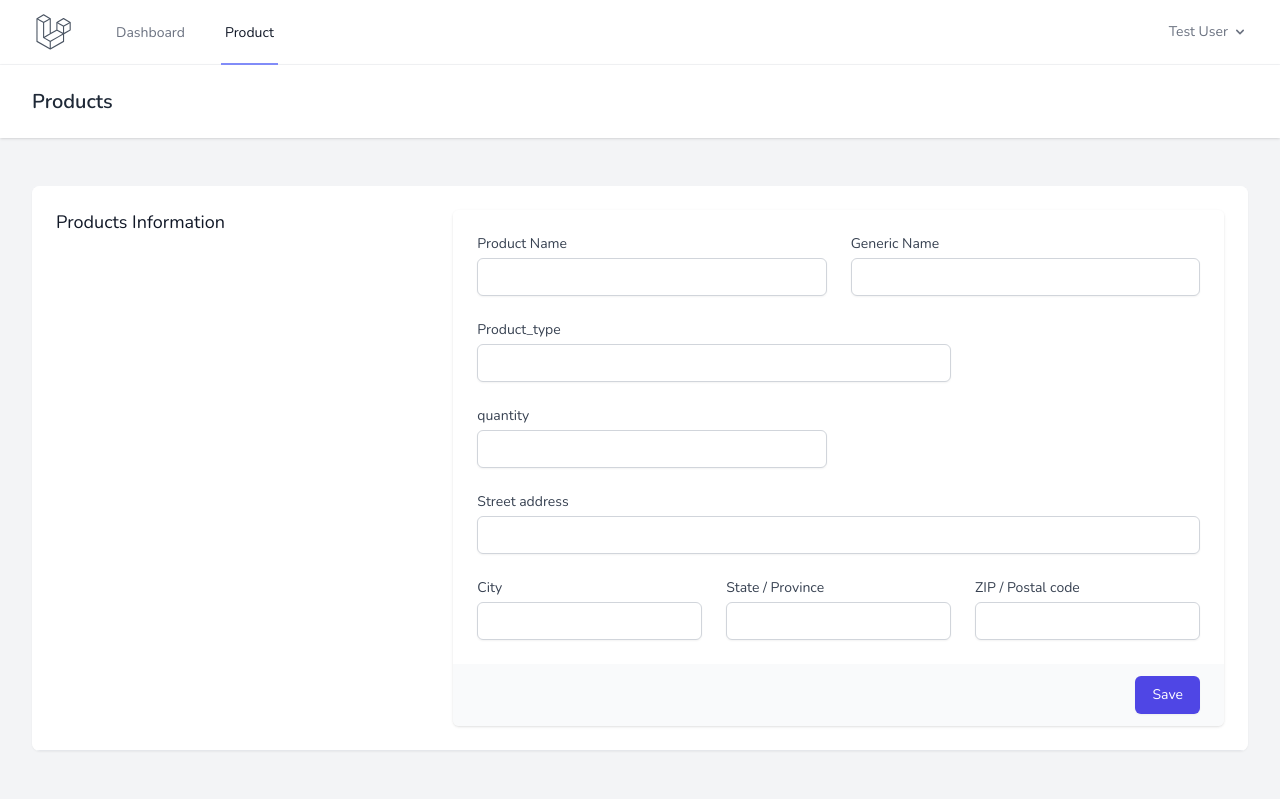
Repository: krishna-vm/them_set
Page: http://localhost/product
An editor plug-in stored every save of this project. The page is shown before and after the next save, followed by the edit.
The browser window is 1280 px wide. The pictures show the whole page.
The page is served by the project's Laravel application, run on PHP 8.4 with Laravel 8. A made-up administrator, Test User (test@example.com), is signed in. Other server files are loaded and not shown. Style sheets and scripts are compiled from the project's sources, by tool versions that may differ from the author's.

Above is the page before, as saved 2022-09-08 14:38:12.

### routes/web.php
<?php

use Illuminate\Support\Facades\Route;

/*
|--------------------------------------------------------------------------
| Web Routes
|--------------------------------------------------------------------------
|
| Here is where you can register web routes for your application. These
| routes are loaded by the RouteServiceProvider within a group which
| contains the "web" middleware group. Now create something great!
|
*/

Route::get('/', function () {
    return view('welcome');
});

Route::get('/dashboard', function () {
    return view('dashboard');
})->middleware(['auth'])->name('dashboard');
Route::get('/product', function () {
    return view('product');
})->middleware(['auth'])->name('product');

require __DIR__.'/auth.php';

### resources/views/product.blade.php
<x-app-layout>
    <x-slot name="header">
        <h2 class="font-semibold text-xl text-gray-800 leading-tight">
            {{ __('Products') }}
        </h2>
    </x-slot>

    <div class="py-12">
        <div class="max-w-7xl mx-auto sm:px-6 lg:px-8">
            <div class="bg-white overflow-hidden shadow-sm sm:rounded-lg">
                <div class="p-6 bg-white border-b border-gray-200">
                    <div class="row">
                        <div class="col-md-12 ">
                                <div class="mt-10 sm:mt-0">
                                    <div class="md:grid md:grid-cols-3 md:gap-6">
                                      <div class="md:col-span-1">
                                        <div class="px-4 sm:px-0">
                                          <h3 class="text-lg font-medium leading-6 text-gray-900">Products Information</h3>
                                          {{-- <p class="mt-1 text-sm text-gray-600">Use a permanent address where you can receive mail.</p> --}}
                                        </div>
                                      </div>
                                      <div class="mt-5 md:col-span-2 md:mt-0">
                                        <form action="#" method="POST">
                                          <div class="overflow-hidden shadow sm:rounded-md">
                                            <div class="bg-white px-4 py-5 sm:p-6">
                                              <div class="grid grid-cols-6 gap-6">
                                                <div class="col-span-6 sm:col-span-3">
                                                  <label for="product-name" class="block text-sm font-medium text-gray-700">Product Name</label>
                                                  <input type="text" name="product-name" id="product-name" autocomplete="given-name" class="mt-1 block w-full rounded-md border-gray-300 shadow-sm focus:border-indigo-500 focus:ring-indigo-500 sm:text-sm">
                                                </div>

                                                <div class="col-span-6 sm:col-span-3">
                                                  <label for="generic-name" class="block text-sm font-medium text-gray-700">Generic Name</label>
                                                  <input type="text" name="generic-name" id="generic-name" class="mt-1 block w-full rounded-md border-gray-300 shadow-sm focus:border-indigo-500 focus:ring-indigo-500 sm:text-sm">
                                                </div>

                                                <div class="col-span-6 sm:col-span-4">
                                                  <label for="product_type" class="block text-sm font-medium text-gray-700">Product_type</label>
                                                  <input type="text" name="product_type" id="product_type"  class="mt-1 block w-full rounded-md border-gray-300 shadow-sm focus:border-indigo-500 focus:ring-indigo-500 sm:text-sm">
                                                </div>

                                                <div class="col-span-6 sm:col-span-3">
                                                  <label for="country" class="block text-sm font-medium text-gray-700">quantity</label>
                                                  <input type="text" name="product_type" id="product_type"  class="mt-1 block w-full rounded-md border-gray-300 shadow-sm focus:border-indigo-500 focus:ring-indigo-500 sm:text-sm">
                                                </div>

                                                <div class="col-span-6">
                                                  <label for="street-address" class="block text-sm font-medium text-gray-700">Street address</label>
                                                  <input type="text" name="street-address" id="street-address" autocomplete="street-address" class="mt-1 block w-full rounded-md border-gray-300 shadow-sm focus:border-indigo-500 focus:ring-indigo-500 sm:text-sm">
                                                </div>

                                                <div class="col-span-6 sm:col-span-6 lg:col-span-2">
                                                  <label for="city" class="block text-sm font-medium text-gray-700">City</label>
                                                  <input type="text" name="city" id="city" autocomplete="address-level2" class="mt-1 block w-full rounded-md border-gray-300 shadow-sm focus:border-indigo-500 focus:ring-indigo-500 sm:text-sm">
                                                </div>

                                                <div class="col-span-6 sm:col-span-3 lg:col-span-2">
                                                  <label for="region" class="block text-sm font-medium text-gray-700">State / Province</label>
                                                  <input type="text" name="region" id="region" autocomplete="address-level1" class="mt-1 block w-full rounded-md border-gray-300 shadow-sm focus:border-indigo-500 focus:ring-indigo-500 sm:text-sm">
                                                </div>

                                                <div class="col-span-6 sm:col-span-3 lg:col-span-2">
                                                  <label for="postal-code" class="block text-sm font-medium text-gray-700">ZIP / Postal code</label>
                                                  <input type="text" name="postal-code" id="postal-code" autocomplete="postal-code" class="mt-1 block w-full rounded-md border-gray-300 shadow-sm focus:border-indigo-500 focus:ring-indigo-500 sm:text-sm">
                                                </div>
                                              </div>
                                            </div>
                                            <div class="bg-gray-50 px-4 py-3 text-right sm:px-6">
                                              <button type="submit" class="inline-flex justify-center rounded-md border border-transparent bg-indigo-600 py-2 px-4 text-sm font-medium text-white shadow-sm hover:bg-indigo-700 focus:outline-none focus:ring-2 focus:ring-indigo-500 focus:ring-offset-2">Save</button>
                                            </div>
                                          </div>
                                        </form>
                                      </div>
                                    </div>
                                </div>
                            </div>
                        </div>
                    </div>
                </div>
            </div>
        </div>
</x-app-layout>

### resources/views/layouts/navigation.blade.php
<nav x-data="{ open: false }" class="bg-white border-b border-gray-100">
    <!-- Primary Navigation Menu -->
    <div class="max-w-7xl mx-auto px-4 sm:px-6 lg:px-8">
        <div class="flex justify-between h-16">
            <div class="flex">
                <!-- Logo -->
                <div class="shrink-0 flex items-center">
                    <a href="{{ route('dashboard') }}">
                        <x-application-logo class="block h-10 w-auto fill-current text-gray-600" />
                    </a>
                </div>

                <!-- Navigation Links -->
                <div class="hidden space-x-8 sm:-my-px sm:ml-10 sm:flex">
                    <x-nav-link :href="route('dashboard')" :active="request()->routeIs('dashboard')">
                        {{ __('Dashboard') }}
                    </x-nav-link>
                    <x-nav-link :href="route('product')" :active="request()->routeIs('product')">
                        {{ __('Product') }}
                    </x-nav-link>
                </div>
            </div>

            <!-- Settings Dropdown -->
            <div class="hidden sm:flex sm:items-center sm:ml-6">
                <x-dropdown align="right" width="48">
                    <x-slot name="trigger">
                        <button class="flex items-center text-sm font-medium text-gray-500 hover:text-gray-700 hover:border-gray-300 focus:outline-none focus:text-gray-700 focus:border-gray-300 transition duration-150 ease-in-out">
                            <div>{{ Auth::user()->name }}</div>

                            <div class="ml-1">
                                <svg class="fill-current h-4 w-4" xmlns="http://www.w3.org/2000/svg" viewBox="0 0 20 20">
                                    <path fill-rule="evenodd" d="M5.293 7.293a1 1 0 011.414 0L10 10.586l3.293-3.293a1 1 0 111.414 1.414l-4 4a1 1 0 01-1.414 0l-4-4a1 1 0 010-1.414z" clip-rule="evenodd" />
                                </svg>
                            </div>
                        </button>
                    </x-slot>

                    <x-slot name="content">
                        <!-- Authentication -->
                        <form method="POST" action="{{ route('logout') }}">
                            @csrf

                            <x-dropdown-link :href="route('logout')"
                                    onclick="event.preventDefault();
                                                this.closest('form').submit();">
                                {{ __('Log Out') }}
                            </x-dropdown-link>
                        </form>
                    </x-slot>
                </x-dropdown>
            </div>

            <!-- Hamburger -->
            <div class="-mr-2 flex items-center sm:hidden">
                <button @click="open = ! open" class="inline-flex items-center justify-center p-2 rounded-md text-gray-400 hover:text-gray-500 hover:bg-gray-100 focus:outline-none focus:bg-gray-100 focus:text-gray-500 transition duration-150 ease-in-out">
                    <svg class="h-6 w-6" stroke="currentColor" fill="none" viewBox="0 0 24 24">
                        <path :class="{'hidden': open, 'inline-flex': ! open }" class="inline-flex" stroke-linecap="round" stroke-linejoin="round" stroke-width="2" d="M4 6h16M4 12h16M4 18h16" />
                        <path :class="{'hidden': ! open, 'inline-flex': open }" class="hidden" stroke-linecap="round" stroke-linejoin="round" stroke-width="2" d="M6 18L18 6M6 6l12 12" />
                    </svg>
                </button>
            </div>
        </div>
    </div>

    <!-- Responsive Navigation Menu -->
    <div :class="{'block': open, 'hidden': ! open}" class="hidden sm:hidden">
        <div class="pt-2 pb-3 space-y-1">
            <x-responsive-nav-link :href="route('dashboard')" :active="request()->routeIs('dashboard')">
                {{ __('Dashboard') }}
            </x-responsive-nav-link>
        </div>

        <!-- Responsive Settings Options -->
        <div class="pt-4 pb-1 border-t border-gray-200">
            <div class="px-4">
                <div class="font-medium text-base text-gray-800">{{ Auth::user()->name }}</div>
                <div class="font-medium text-sm text-gray-500">{{ Auth::user()->email }}</div>
            </div>

            <div class="mt-3 space-y-1">
                <!-- Authentication -->
                <form method="POST" action="{{ route('logout') }}">
                    @csrf

                    <x-responsive-nav-link :href="route('logout')"
                            onclick="event.preventDefault();
                                        this.closest('form').submit();">
                        {{ __('Log Out') }}
                    </x-responsive-nav-link>
                </form>
            </div>
        </div>
    </div>
</nav>

Loaded but not shown: routes/auth.php (common file); app/Models/User.php (common file); app/View/Components/AppLayout.php (common file); resources/views/layouts/app.blade.php (common file); resources/views/components/application-logo.blade.php (common file); resources/views/components/nav-link.blade.php (common file); resources/views/components/dropdown-link.blade.php (common file); resources/views/components/dropdown.blade.php (common file); resources/views/components/responsive-nav-link.blade.php (common file); public/js/app.js (library); resources/css/app.css (common file); tailwind.config.js (common file)

After the next save:
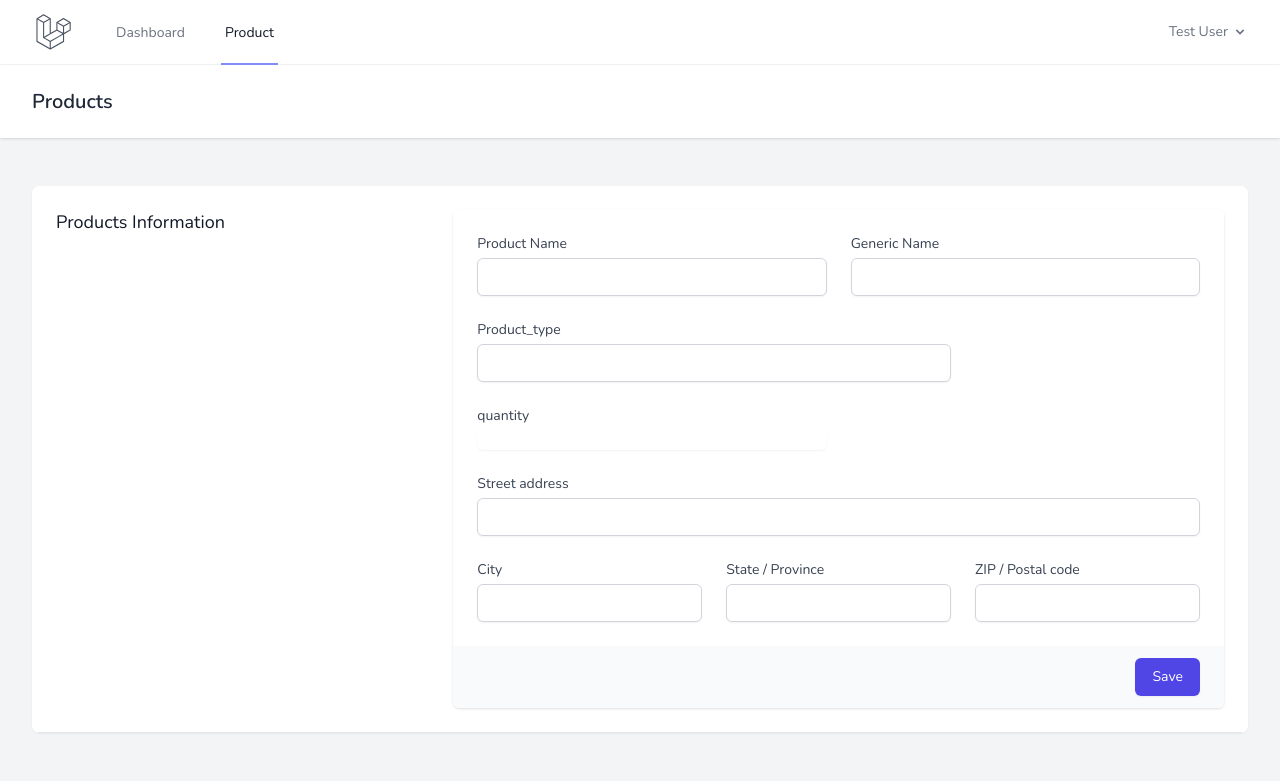
Saved 5 s later.
--- a/resources/views/product.blade.php
+++ b/resources/views/product.blade.php
@@ -41,7 +41,7 @@
 
                                                 <div class="col-span-6 sm:col-span-3">
                                                   <label for="country" class="block text-sm font-medium text-gray-700">quantity</label>
-                                                  <input type="text" name="product_type" id="product_type"  class="mt-1 block w-full rounded-md border-gray-300 shadow-sm focus:border-indigo-500 focus:ring-indigo-500 sm:text-sm">
+                                                  <input type="numbers" name="product_type" id="product_type"  class="mt-1 block w-full rounded-md border-gray-300 shadow-sm focus:border-indigo-500 focus:ring-indigo-500 sm:text-sm">
                                                 </div>
 
                                                 <div class="col-span-6">

After the save that followed:
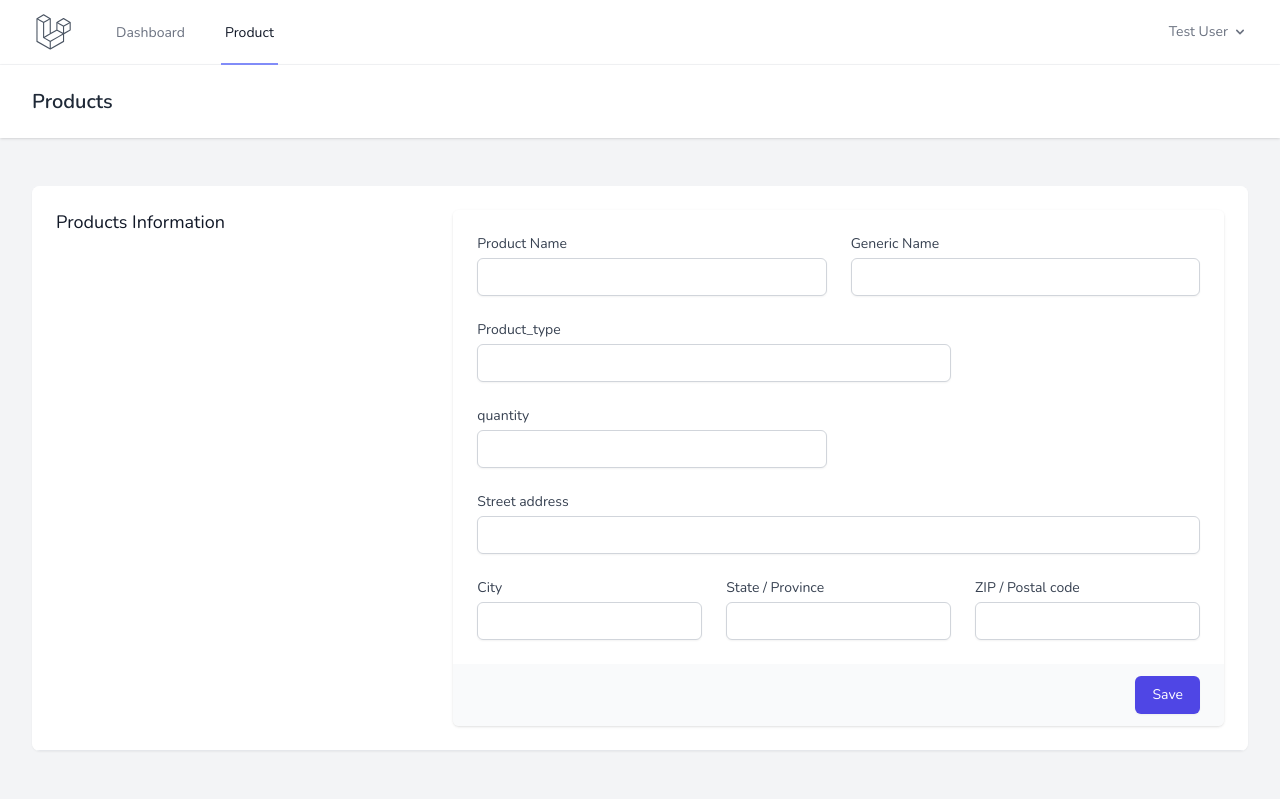
Saved 7 s later.
--- a/resources/views/product.blade.php
+++ b/resources/views/product.blade.php
@@ -41,7 +41,7 @@
 
                                                 <div class="col-span-6 sm:col-span-3">
                                                   <label for="country" class="block text-sm font-medium text-gray-700">quantity</label>
-                                                  <input type="numbers" name="product_type" id="product_type"  class="mt-1 block w-full rounded-md border-gray-300 shadow-sm focus:border-indigo-500 focus:ring-indigo-500 sm:text-sm">
+                                                  <input type="number" name="product_type" id="product_type"  class="mt-1 block w-full rounded-md border-gray-300 shadow-sm focus:border-indigo-500 focus:ring-indigo-500 sm:text-sm">
                                                 </div>
 
                                                 <div class="col-span-6">
